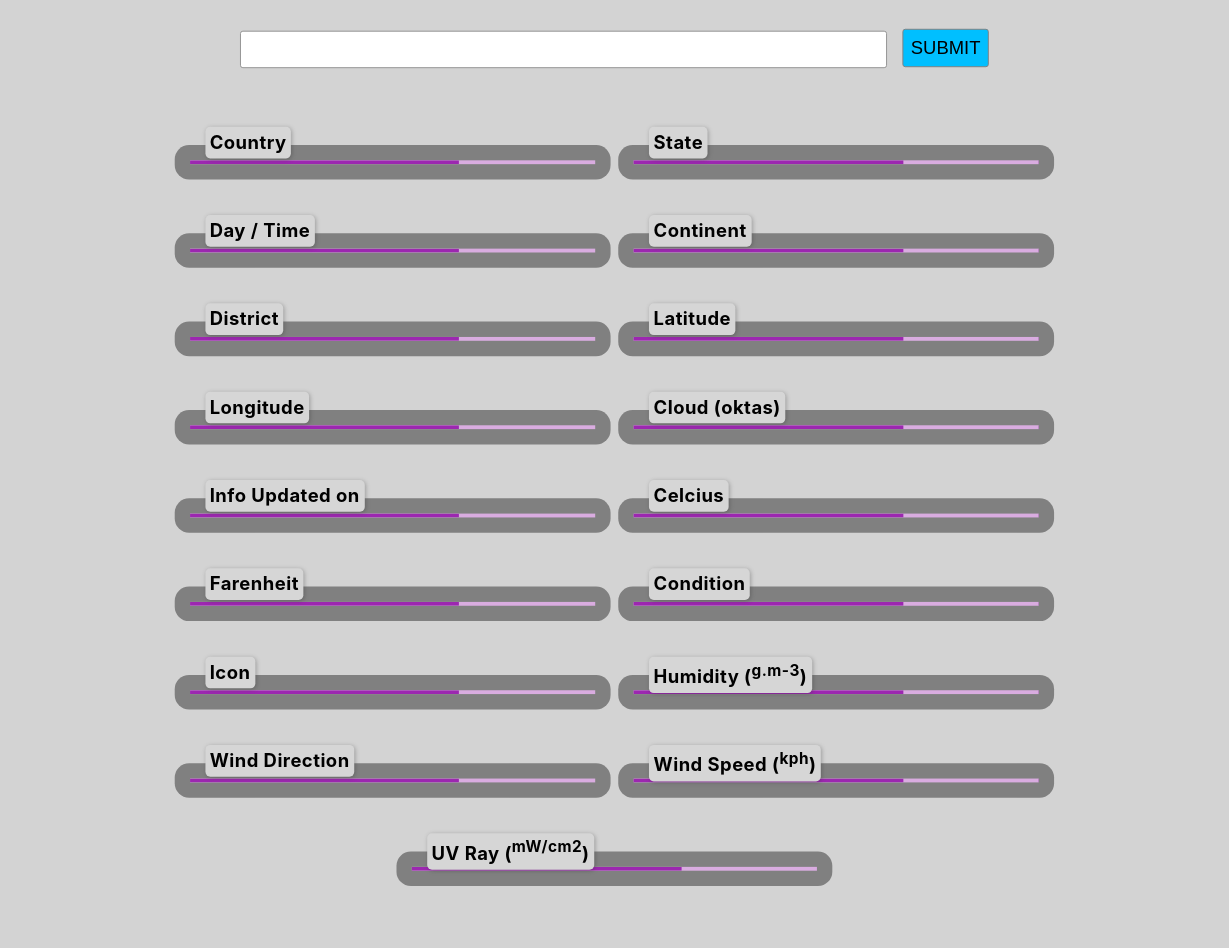
Repository: Imprasna/practising-API
Page: /
An editor plug-in stored every save of this project. The page is shown before and after a run of saves, followed by the edit.
The browser window is 1280 px wide. The pictures show the whole page, at 96% of full size.
The project was rebuilt for these pictures with package versions that can differ from the ones it lists, and the page was loaded fresh each time. Also part of the build but not shown: src/component/Country.js, src/component/Region.js, src/component/Time.js, src/component/Continent.js, src/component/District.js, src/component/Cloud.js, src/component/UpdatedWeather.js, src/component/Celcius.js and 9 more.

Above is the page before, as saved 2021-11-11 23:58:15.

After the next 2 saves:
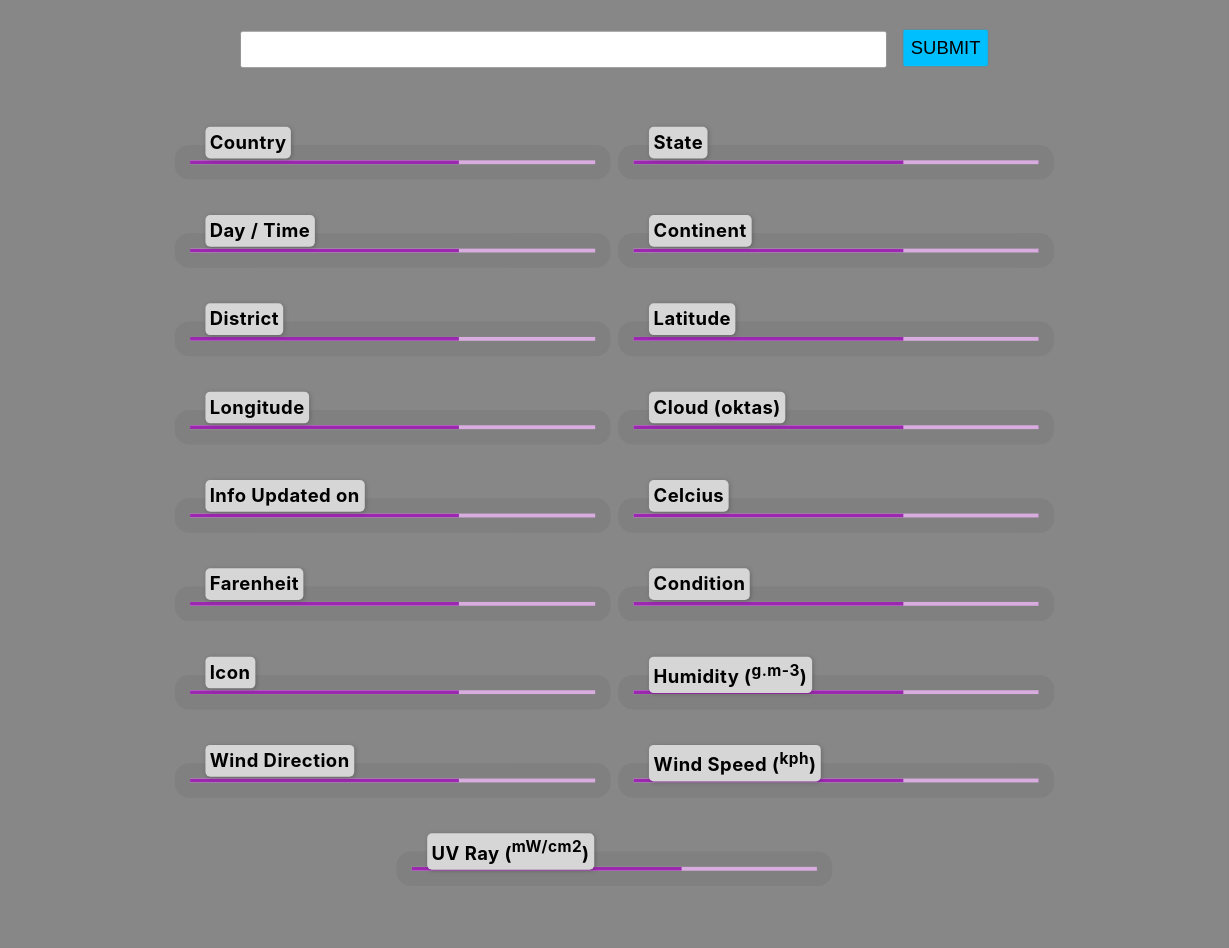
The 2 saves are shown as one change because they came seconds apart.
The last was saved 18 s later.
--- a/src/component/style.css
+++ b/src/component/style.css
@@ -1,5 +1,5 @@
 body {
-    background: lightgray;
+    background: #878787;
 }
 
 .whole {
